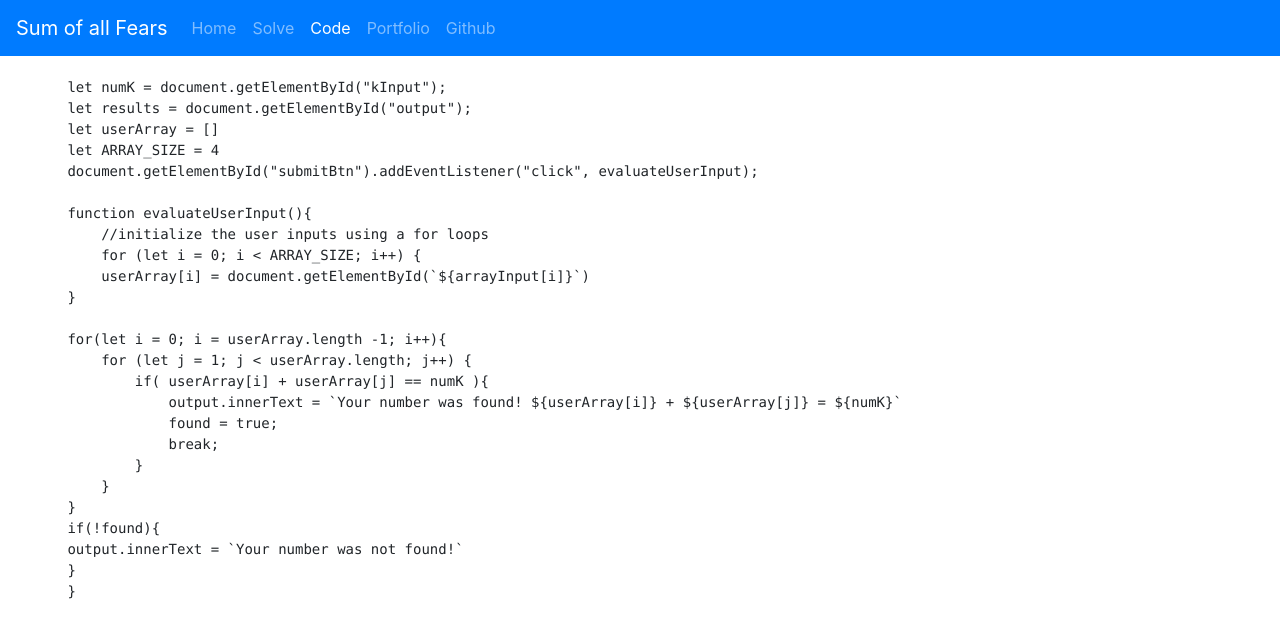
Repository: zhadjah9559/BrainBufferOverflow
Page: code.html
An editor plug-in stored every save of this project. The page is shown before and after the next save, followed by the edit.
The browser window is 1280 px wide. The pictures show the whole page.

Above is the page before, as saved 2021-01-18 00:54:12.

### code.html
<!doctype html>
<html lang="en">
  <head>
    <title>Title</title>
    <!-- Required meta tags -->
    <meta charset="utf-8">
    <meta name="viewport" content="width=device-width, initial-scale=1, shrink-to-fit=no">

    <!-- Bootstrap CSS -->
    <link rel="stylesheet" href="https://stackpath.bootstrapcdn.com/bootstrap/4.3.1/css/bootstrap.min.css" integrity="sha384-ggOyR0iXCbMQv3Xipma34MD+dH/1fQ784/j6cY/iJTQUOhcWr7x9JvoRxT2MZw1T" crossorigin="anonymous">
  </head>
  <body>

    <nav class="navbar navbar-expand-sm navbar-dark bg-primary">
        <a class="navbar-brand" href="index.html">Sum of all Fears</a>
        <button class="navbar-toggler d-lg-none" type="button" data-toggle="collapse" data-target="#collapsibleNavId" aria-controls="collapsibleNavId"
            aria-expanded="false" aria-label="Toggle navigation"></button>
        <div class="collapse navbar-collapse" id="collapsibleNavId">
            <ul class="navbar-nav mr-auto mt-2 mt-lg-0">
                <li class="nav-item">
                    <a class="nav-link" href="index.html">Home </a>
                </li>
                <li class="nav-item">
                    <a class="nav-link" href="solve.html">Solve</a>
                </li>
                 <li class="nav-item active">
                    <a class="nav-link" href="code.html">Code <span class="sr-only">(current)</span></a>

                <li class="nav-item">
                    <a target="_blank" class="nav-link" href="https://zacharyhadjah.netlify.app/">Portfolio</a>
                </li>

                </li> <li class="nav-item">
                    <a target="_blank" class="nav-link" href="https://github.com/zhadjah9559/BrainBufferOverflow">Github</a>
                </li>

            </ul>
        </div>
    </nav>

    <pre class="line-numbers language-javascript"> <code class="language-javascript">
        let numK = document.getElementById("kInput");
        let results = document.getElementById("output");
        let userArray = []
        let ARRAY_SIZE = 4
        document.getElementById("submitBtn").addEventListener("click", evaluateUserInput);

        function evaluateUserInput(){
            //initialize the user inputs using a for loops
            for (let i = 0; i < ARRAY_SIZE; i++) {
            userArray[i] = document.getElementById(`${arrayInput[i]}`)
        }

        for(let i = 0; i = userArray.length -1; i++){
            for (let j = 1; j < userArray.length; j++) {
                if( userArray[i] + userArray[j] == numK ){
                    output.innerText = `Your number was found! ${userArray[i]} + ${userArray[j]} = ${numK}`
                    found = true;
                    break;
                }
            }
        }
        if(!found){
        output.innerText = `Your number was not found!`
        }
        }
    </code></pre>


    <!-- Optional JavaScript -->
    <!-- jQuery first, then Popper.js, then Bootstrap JS -->
    <script src="https://code.jquery.com/jquery-3.3.1.slim.min.js" integrity="sha384-q8i/X+965DzO0rT7abK41JStQIAqVgRVzpbzo5smXKp4YfRvH+8abtTE1Pi6jizo" crossorigin="anonymous"></script>
    <script src="https://cdnjs.cloudflare.com/ajax/libs/popper.js/1.14.7/umd/popper.min.js" integrity="sha384-UO2eT0CpHqdSJQ6hJty5KVphtPhzWj9WO1clHTMGa3JDZwrnQq4sF86dIHNDz0W1" crossorigin="anonymous"></script>
    <script src="https://stackpath.bootstrapcdn.com/bootstrap/4.3.1/js/bootstrap.min.js" integrity="sha384-JjSmVgyd0p3pXB1rRibZUAYoIIy6OrQ6VrjIEaFf/nJGzIxFDsf4x0xIM+B07jRM" crossorigin="anonymous"></script>
  </body>
</html>

After the next save:
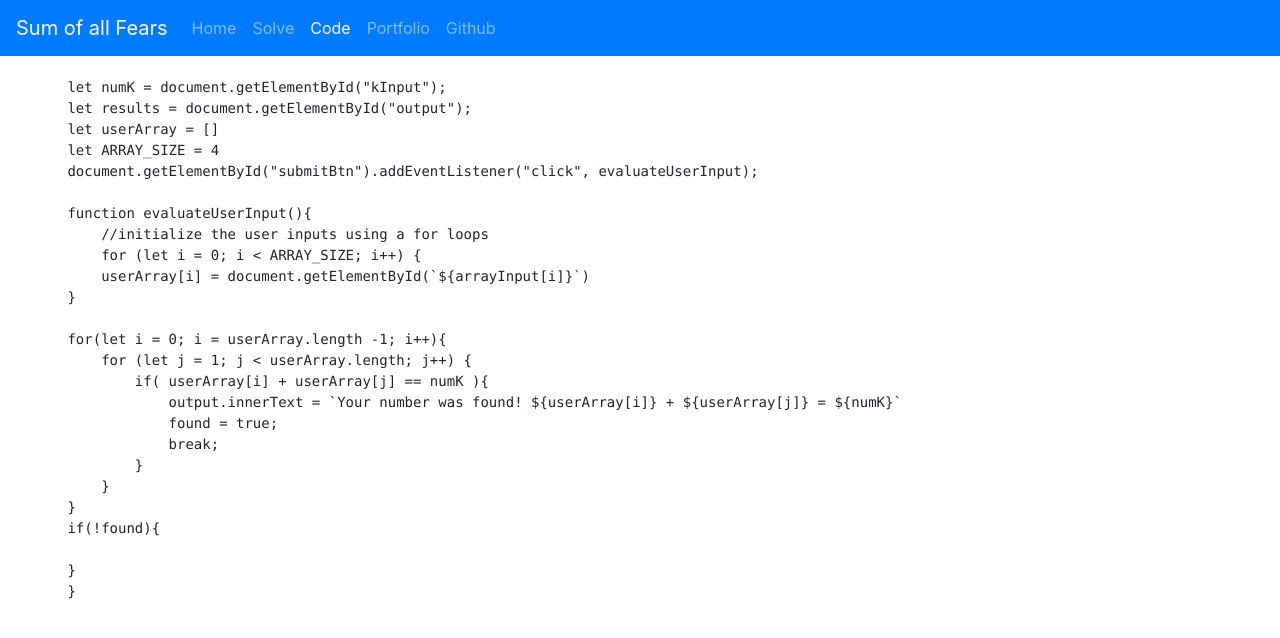
Saved 22 s later.
--- a/code.html
+++ b/code.html
@@ -61,7 +61,7 @@
             }
         }
         if(!found){
-        output.innerText = `Your number was not found!`
+
         }
         }
     </code></pre>
